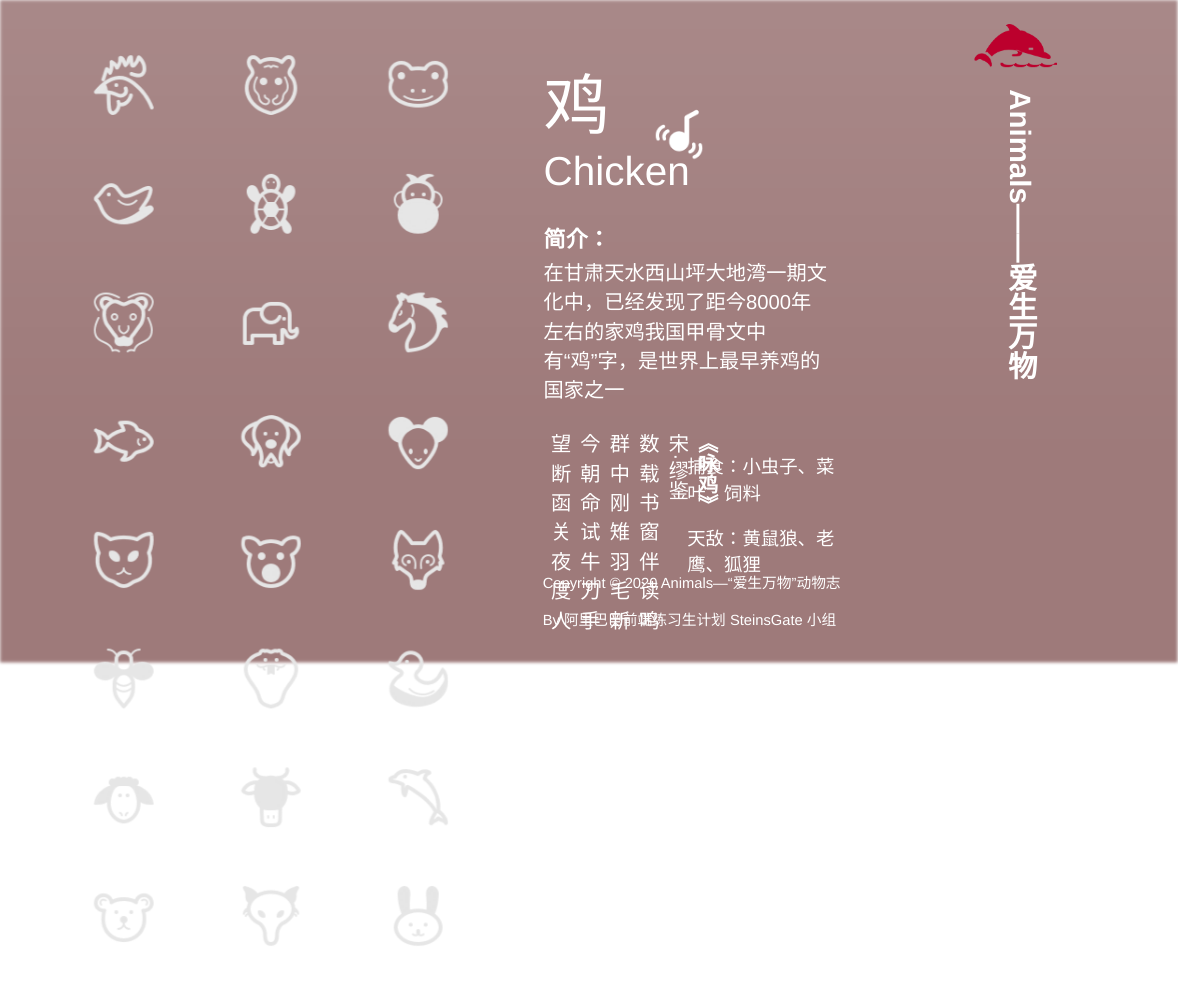
Repository: Whiskeyi/Animals
Page: /
These files come from the project's save history. The page is drawn as it stood at one moment and after the next save; the edit follows.
The browser window is 1280 px wide. The pictures show the whole page, at 92% of full size.
The project was rebuilt for these pictures with package versions that can differ from the ones it lists, and the page was loaded fresh each time.

Above is the page before, as saved 2021-11-17 18:32:40.

After the next save:
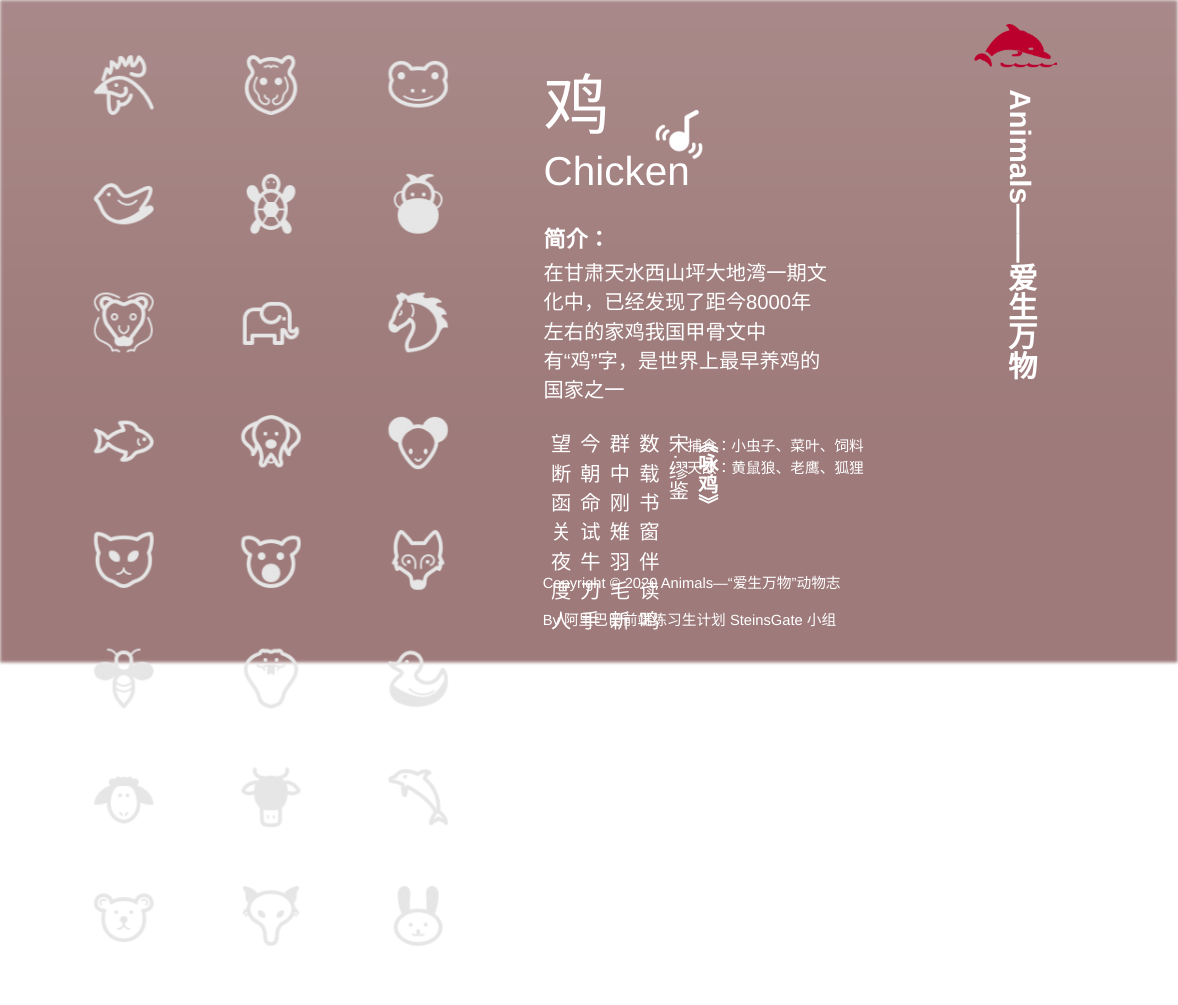
Saved 72 s later.
--- a/src/components/Info/habbit-poem/index.vue
+++ b/src/components/Info/habbit-poem/index.vue
@@ -10,8 +10,8 @@
                 <div id="poemTitle">{{ title }}</div>
             </el-col>
             <el-col class="habContent" :span="10">
-              <p id="food" class="foodTitle">捕食：{{ food }}</p>
-              <p id="enemy" class="enemyTitle">天敌：{{ enemy }}</p>
+              <span id="food" class="foodTitle">捕食：{{ food }}</span><br>
+              <span id="enemy" class="enemyTitle">天敌：{{ enemy }}</span>
             </el-col>
       </el-row>
   </div>
